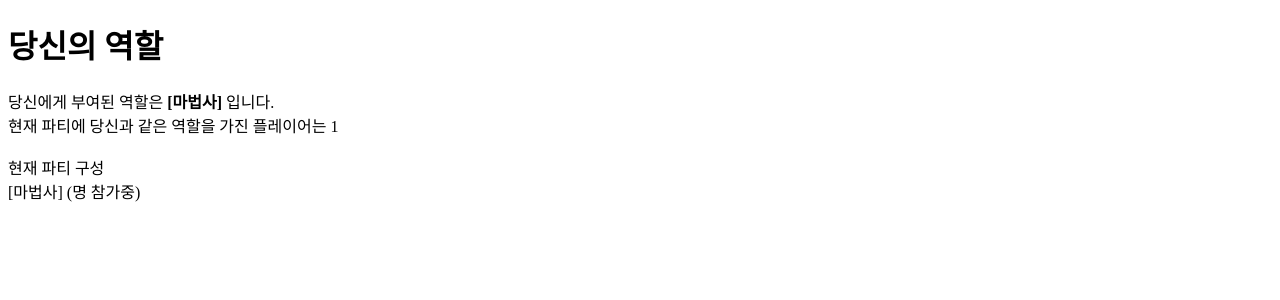
Repository: HeeMang28/jsp
Page: http://localhost/JSPBasic/jsptag/tag_quiz04.jsp
The author's editor kept a copy of each file at every save. The page is drawn from the files as they stood at one save, then again after the next save.
The browser window is 1280 px wide. The pictures show the whole page.
The page is served by Tomcat 9. Other server files are loaded and not shown.

Above is the page before, as saved 2022-03-24 10:10:19.

### JSPBasic/src/main/webapp/jsptag/tag_quiz04.jsp
<%@page import="java.util.*"%>
<%@ page language="java" contentType="text/html; charset=UTF-8"
    pageEncoding="UTF-8"%>
<!DOCTYPE html>
<html>
<head>
<meta charset="UTF-8">
<title>Insert title here</title>
</head>
<body>
<%!
		List<String> party = new ArrayList<>();
%>
<%
	String[] jobs = {"전사", "도적", "사냥꾼", "마법사", "사제"};
	int r = (int)(Math.random() * jobs.length);
	String job = jobs[r];
	party.add(job);

	// 파티에 같은 직업이 몇 명있는지 찾는 작업.
	int cnt = 0;
	for(String player: party){
		if(job.equals(player)){
			cnt += 1;
		}
	}

%>
	<h1>당신의 역할</h1>
	당신에게 부여된 역할은 <b>[<%= job %>] </b> 입니다.<br/>
	현재 파티에 당신과 같은 역할을 가진 플레이어는 <%= cnt %><br/>
	<br/>
	현재 파티 구성 <br/>
	<%= party %> (명 참가중)
</body>
</html>

After the next save:
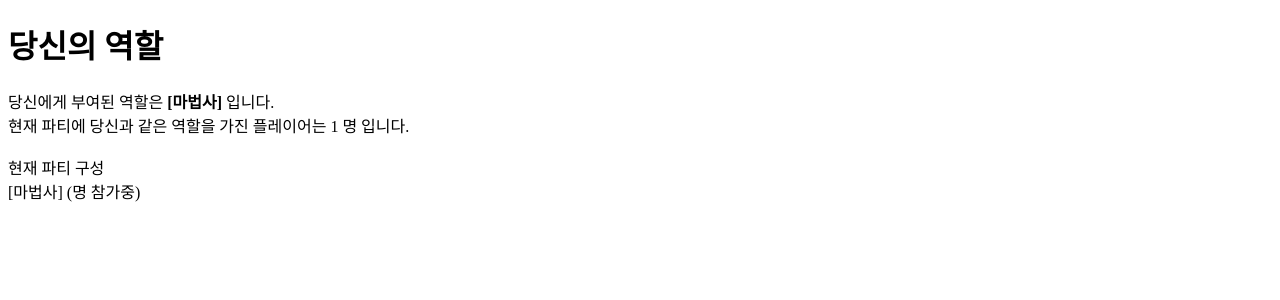
Saved 19 s later.
--- a/JSPBasic/src/main/webapp/jsptag/tag_quiz04.jsp
+++ b/JSPBasic/src/main/webapp/jsptag/tag_quiz04.jsp
@@ -28,7 +28,7 @@
 %>
 	<h1>당신의 역할</h1>
 	당신에게 부여된 역할은 <b>[<%= job %>] </b> 입니다.<br/>
-	현재 파티에 당신과 같은 역할을 가진 플레이어는 <%= cnt %><br/>
+	현재 파티에 당신과 같은 역할을 가진 플레이어는 <%= cnt %> 명 입니다. <br/>
 	<br/>
 	현재 파티 구성 <br/>
 	<%= party %> (명 참가중)
